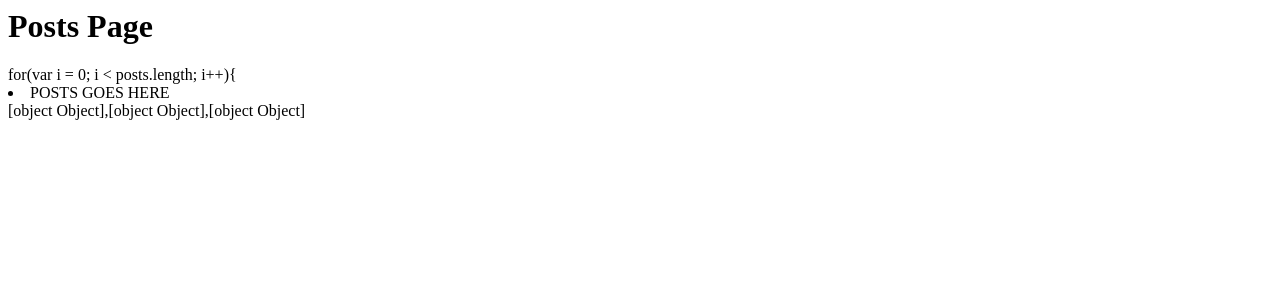
Repository: manojsatya/Web_development
Page: http://localhost/posts
These files come from the project's save history. The page is drawn as it stood at one moment and after the next save; the edit follows.
The browser window is 1280 px wide. The pictures show the whole page.
The page is served by the project's Node server (app.js).

Above is the page before, as saved 2019-06-12 16:07:56.

### bootcamp/EJSDemo/views/posts.ejs
<h1>Posts Page</h1>

for(var i = 0; i < posts.length; i++){
    <li>POSTS GOES HERE</li>

<%= posts %>

### bootcamp/EJSDemo/app.js
var express = require("express");
var app = express();

app.get("/", function(req, res){
    res.render("home.ejs");
});

app.get("/fallinlovewith/:thing", function(req, res){
    var thing = req.params.thing;
    res.render("love.ejs", {thingVar: thing});
});

app.get("/posts", function(req, res){
    var posts = [
        {title : "Post 1", author: "Manoj"},
        {title : "Post 2", author: "Manu"},
        {title : "Post 3", author: "Manojsatya"}
    ]
    res.render("posts.ejs", {posts : posts});
});

app.listen(3000, function(){
    console.log("Server is running");
});

After the next save:
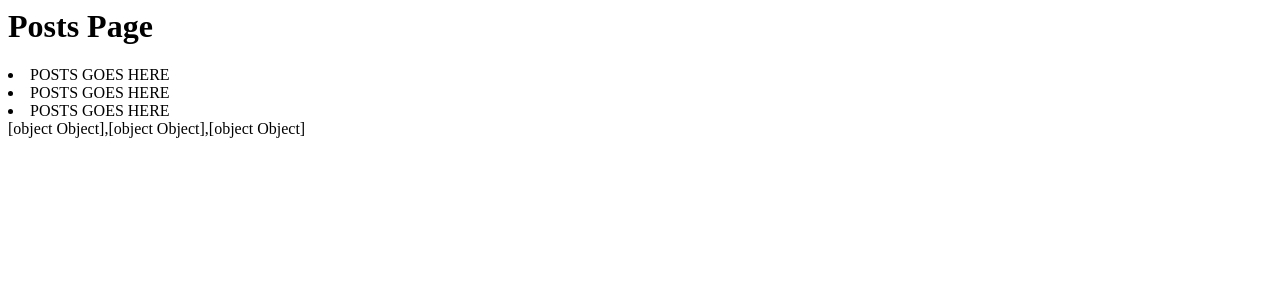
Saved 28 s later.
--- a/bootcamp/EJSDemo/views/posts.ejs
+++ b/bootcamp/EJSDemo/views/posts.ejs
@@ -1,6 +1,6 @@
 <h1>Posts Page</h1>
 
-for(var i = 0; i < posts.length; i++){
+<% for(var i = 0; i < posts.length; i++){ %>
     <li>POSTS GOES HERE</li>
-
+<% } %>
 <%= posts %>
